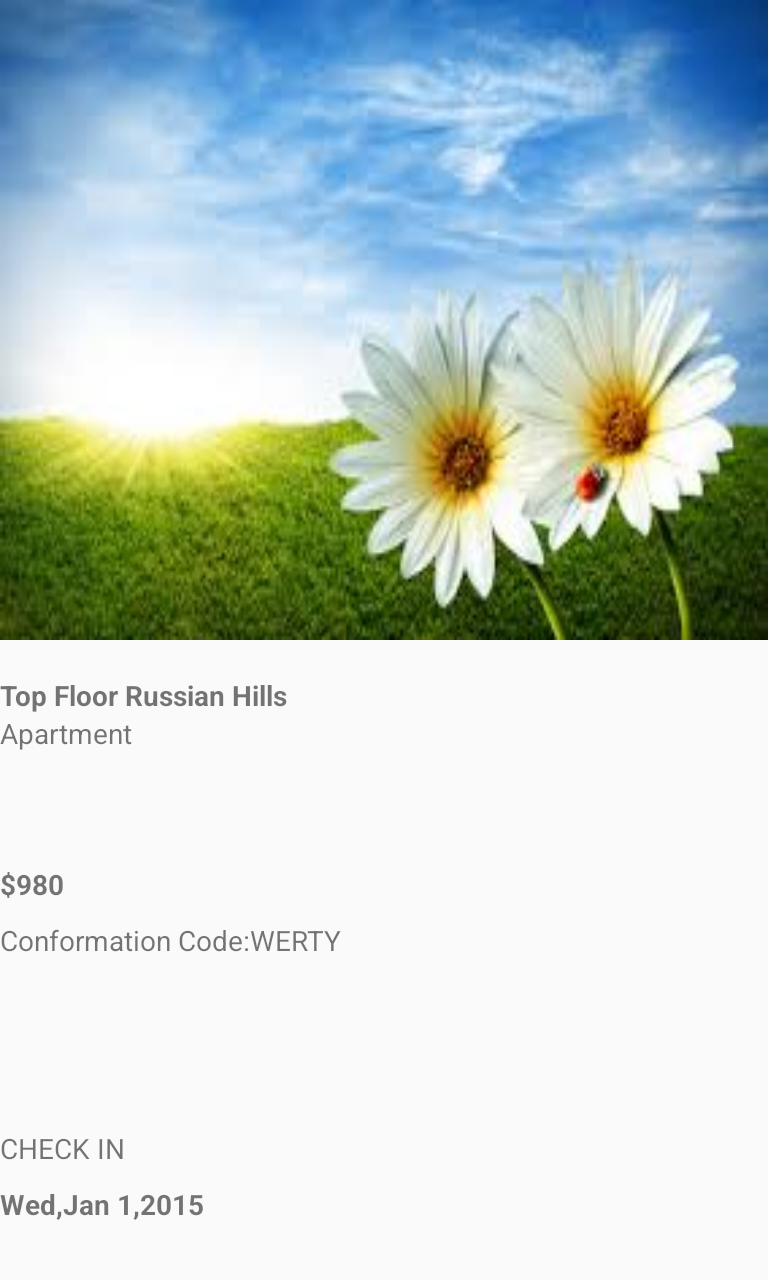
Repository: adarshnair13/my-project
Layout: example8/res/layout/activity_main.xml
These files come from the project's save history. The layout is drawn as it stood at one moment and after the next save; the edit follows.
It is drawn on a 768 x 1280 px phone screen (xhdpi) without system bars, with theme AppTheme; the app's code is not run.

Above is the layout before, as saved 2015-02-05 09:43:02.

After the next save:
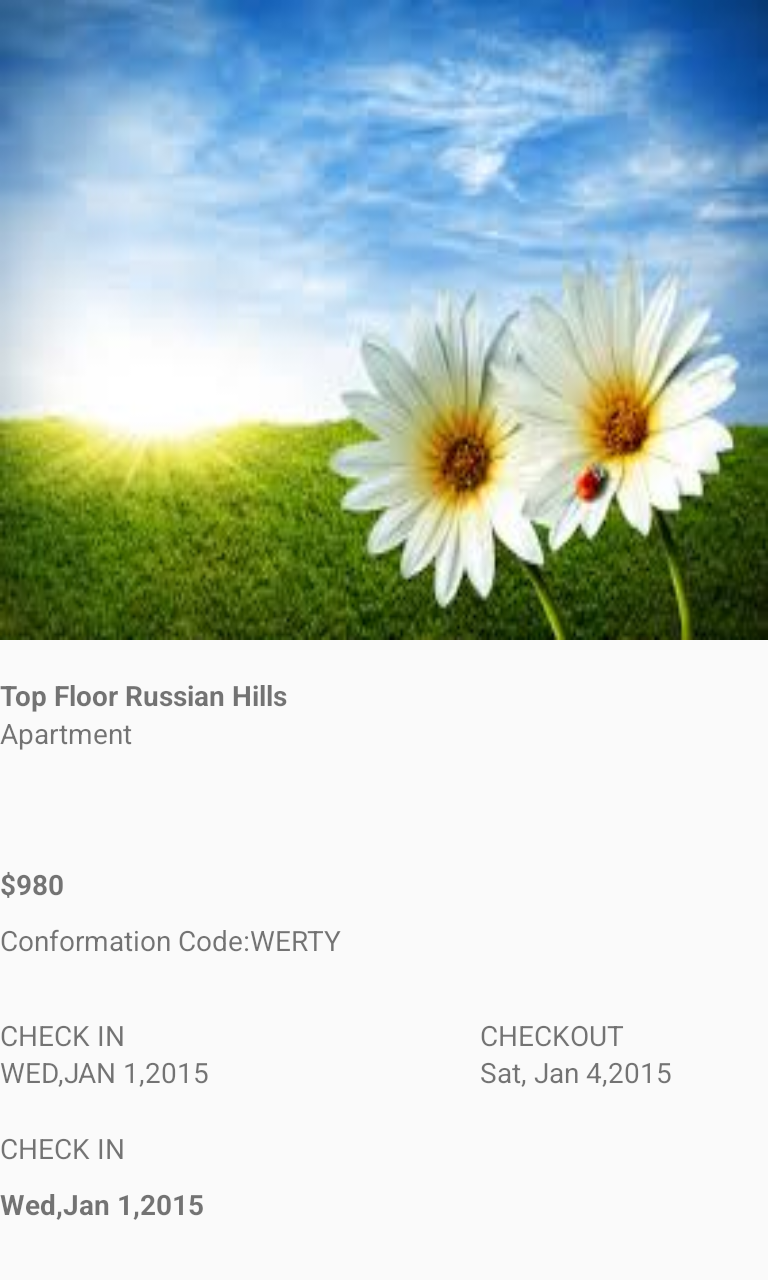
Saved 3 min 49 s later.
--- a/example8/res/layout/activity_main.xml
+++ b/example8/res/layout/activity_main.xml
@@ -43,7 +43,6 @@
                 android:layout_alignParentLeft="true"
                 android:layout_below="@+id/textView1"
                 android:text="Apartment" />
-
         </RelativeLayout>
 
         <RelativeLayout
@@ -66,21 +65,36 @@
                 android:layout_alignParentTop="true"
                 android:text="$980"
                 android:textStyle="bold" />
-
         </RelativeLayout>
 
         <LinearLayout
-            android:orientation="horizontal"
             android:id="@+id/LinearLayout2"
-            android:weightSum="2.0"
             android:layout_width="match_parent"
             android:layout_height="0dp"
-            android:layout_weight="1.0" >
+            android:layout_weight="1.0"
+            android:orientation="horizontal"
+            android:weightSum="2.0" >
 
             <RelativeLayout
                 android:layout_width="0dp"
                 android:layout_height="match_parent"
-                android:layout_weight="1.0">
+                android:layout_weight="1.0" >
+
+                <TextView
+                    android:id="@+id/textView7"
+                    android:layout_width="wrap_content"
+                    android:layout_height="wrap_content"
+                    android:layout_alignParentLeft="true"
+                    android:layout_alignParentTop="true"
+                    android:text="CHECK IN" />
+
+                <TextView
+                    android:id="@+id/textView8"
+                    android:layout_width="wrap_content"
+                    android:layout_height="wrap_content"
+                    android:layout_alignParentLeft="true"
+                    android:layout_centerVertical="true"
+                    android:text="WED,JAN 1,2015" />
             </RelativeLayout>
 
             <RelativeLayout
@@ -88,8 +102,22 @@
                 android:layout_height="match_parent"
                 android:layout_weight="1.0" >
 
+                <TextView
+                    android:id="@+id/textView10"
+                    android:layout_width="wrap_content"
+                    android:layout_height="wrap_content"
+                    android:layout_centerHorizontal="true"
+                    android:layout_centerVertical="true"
+                    android:text="Sat, Jan 4,2015" />
+
+                <TextView
+                    android:id="@+id/textView9"
+                    android:layout_width="wrap_content"
+                    android:layout_height="wrap_content"
+                    android:layout_alignLeft="@+id/textView10"
+                    android:layout_alignParentTop="true"
+                    android:text="CHECKOUT" />
             </RelativeLayout>
-
         </LinearLayout>
 
         <RelativeLayout
@@ -113,7 +141,6 @@
                 android:layout_alignParentTop="true"
                 android:text="CHECK IN" />
         </RelativeLayout>
-
     </LinearLayout>
 
 </LinearLayout>
